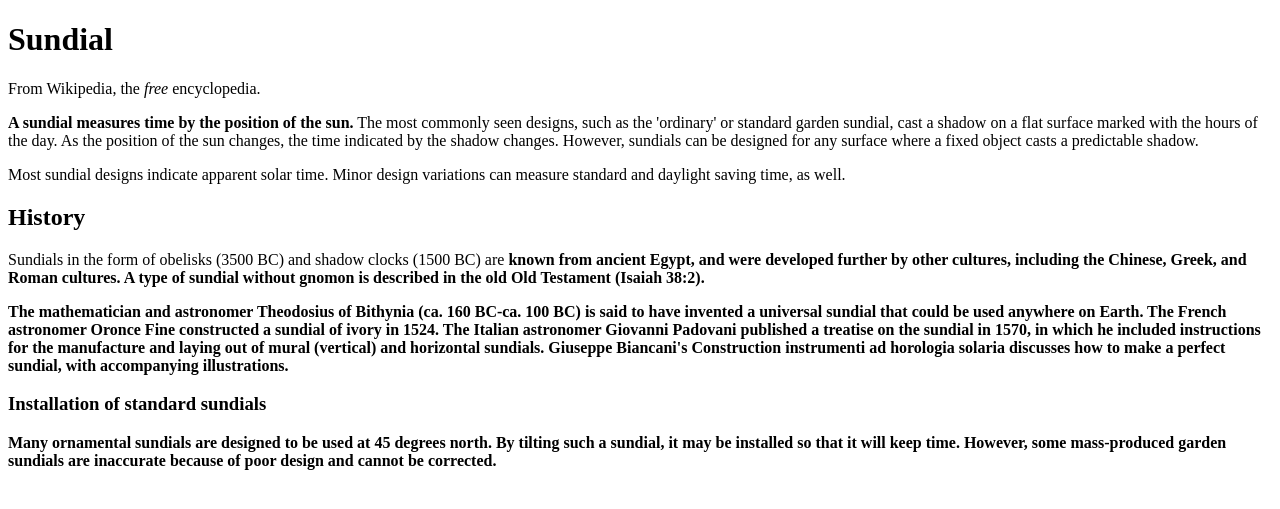
Repository: 9-5-pursuit/lab-intro-to-html
Page: sundial.html
These files come from the project's save history. The page is drawn as it stood at one moment and after the next save; the edit follows.
The browser window is 1280 px wide. The pictures show the whole page.

Above is the page before, as saved 2023-02-27 21:30:59.

### sundial.html
<!DOCTYPE html>
<html lang="en">
  <head>
    <meta charset="UTF-8" />
    <meta http-equiv="X-UA-Compatible" content="IE=edge" />
    <meta name="viewport" content="width=device-width, initial-scale=1.0" />
    <title>Sundial</title>
  </head>
  <body>
    <header>
      <h1>Sundial</h1>
      <span> From Wikipedia, the <em>free</em> encyclopedia.</span>
    </header>
    <p>
    <strong>A sundial measures time by the position of the sun.</strong>
      The most commonly seen designs, such as the 'ordinary' or standard garden
      sundial, cast a shadow on a flat surface marked with the hours of the day.
      As the position of the sun changes, the time indicated by the shadow
      changes. However, sundials can be designed for any surface where a fixed
      object casts a predictable shadow.
    </p>
    <p>
      Most sundial designs indicate apparent solar time. Minor design variations
      can measure standard and daylight saving time, as well.
    </p>
    <article>
      <span>
        <h2>History</h2>
      </span>
      <p>
        Sundials in the form of obelisks (3500 BC) and shadow clocks (1500 BC)
        are <strong>known from ancient Egypt, and were developed further by other
        cultures, including the Chinese, Greek, and Roman cultures. A type of
        sundial without gnomon is described in the old Old Testament (Isaiah
        38:2).
      </p>
      <p>
        The mathematician and astronomer Theodosius of Bithynia (ca. 160 BC-ca.
        100 BC) is said to have invented a universal sundial that could be used
        anywhere on Earth. The French astronomer Oronce Fine constructed a
        sundial of ivory in 1524. The Italian astronomer Giovanni Padovani
        published a treatise on the sundial in 1570, in which he included
        instructions for the manufacture and laying out of mural (vertical) and
        horizontal sundials. Giuseppe Biancani's Construction instrumenti ad
        horologia solaria discusses how to make a perfect sundial, with
        accompanying illustrations.
      </p>
      <span>
        <h3>Installation of standard sundials</h3>
      </span>
      <p>
        Many ornamental sundials are designed to be used at 45 degrees north. By
        tilting such a sundial, it may be installed so that it will keep time.
        However, some mass-produced garden sundials are inaccurate because of
        poor design and cannot be corrected.
      </p>
    </article>
  </body>
</html>

After the next save:
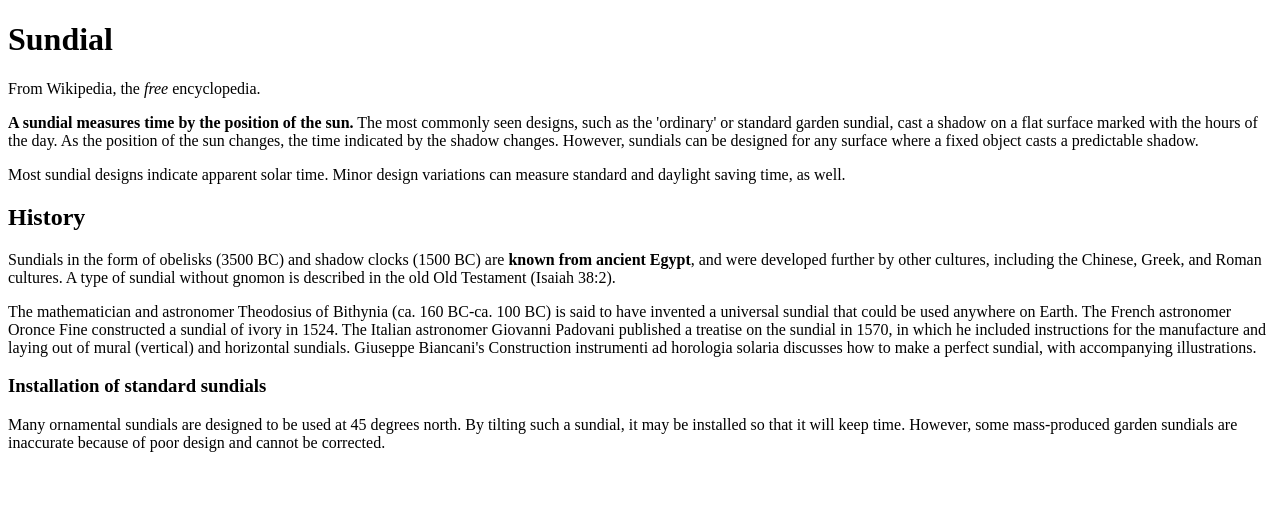
Saved 10 s later.
--- a/sundial.html
+++ b/sundial.html
@@ -29,7 +29,7 @@
       </span>
       <p>
         Sundials in the form of obelisks (3500 BC) and shadow clocks (1500 BC)
-        are <strong>known from ancient Egypt, and were developed further by other
+        are <strong>known from ancient Egypt</strong>, and were developed further by other
         cultures, including the Chinese, Greek, and Roman cultures. A type of
         sundial without gnomon is described in the old Old Testament (Isaiah
         38:2).
